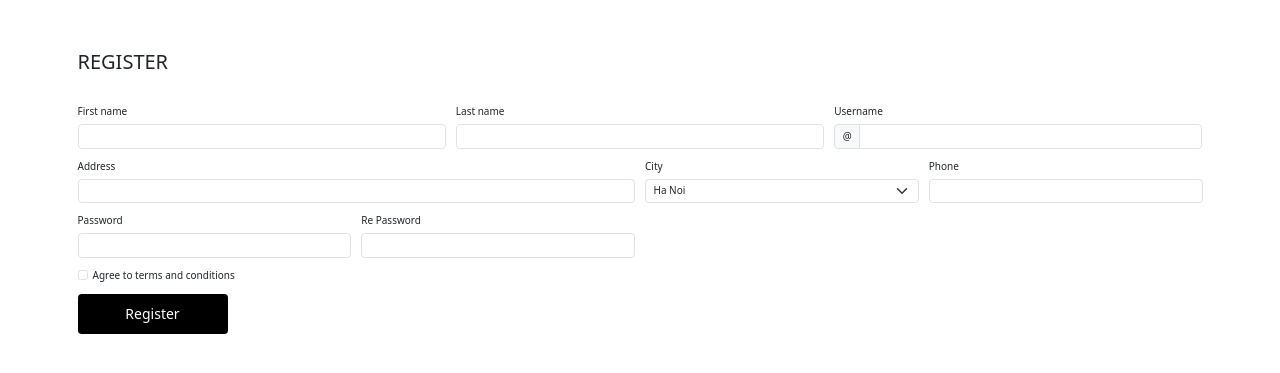
Repository: AnnPTit/ASM_Java04
Page: http://localhost/Asm/views/Register.jsp
The author's editor kept a copy of each file at every save. The page is drawn from the files as they stood at one save, then again after the next save.
The browser window is 1280 px wide. The pictures show the whole page.
Some web libraries are served in a nearby version. The page is served by Tomcat 9. Other server files are loaded and not shown.

Above is the page before, as saved 2023-03-19 02:51:05.

### Asm/src/main/webapp/views/Register.jsp
<%@ page language="java" contentType="text/html; charset=UTF-8"
	pageEncoding="UTF-8"%>
<!DOCTYPE html>
<html>
<head>
<meta charset="UTF-8">
<title>Register</title>
<link
	href="https://cdn.jsdelivr.net/npm/bootstrap@5.3.0-alpha1/dist/css/bootstrap.min.css"
	rel="stylesheet"
	integrity="sha384-GLhlTQ8iRABdZLl6O3oVMWSktQOp6b7In1Zl3/Jr59b6EGGoI1aFkw7cmDA6j6gD"
	crossorigin="anonymous">
<link rel="stylesheet"
	href="https://cdnjs.cloudflare.com/ajax/libs/font-awesome/6.3.0/css/all.min.css"
	integrity="sha512-SzlrxWUlpfuzQ+pcUCosxcglQRNAq/DZjVsC0lE40xsADsfeQoEypE+enwcOiGjk/bSuGGKHEyjSoQ1zVisanQ=="
	crossorigin="anonymous" referrerpolicy="no-referrer" />
<link rel="stylesheet" href="../assets/css/Login.css">
</head>
<body>
	<div class="container register__main">
		<h3 class="login__title">Register</h3>

		<form class="row g-3">
			<div class="col-md-4">
				<label for="validationServer01" class="form-label">First
					name</label>
				<!-- Them class isValid để check đúng  -->
				<input type="text" class="form-control" id="validationServer01"
					value="" required ng-model="inputUser.fristName" />
				<div class="valid-feedback">Looks good!</div>
			</div>
			<div class="col-md-4">
				<label for="validationServer02" class="form-label">Last name</label>
				<input type="text" class="form-control" id="validationServer02"
					value="" required ng-model="inputUser.lastName" />
				<div class="valid-feedback">Looks good!</div>
			</div>
			<div class="col-md-4">
				<label for="validationServerUsername" class="form-label">Username</label>
				<div class="input-group has-validation">
					<span class="input-group-text" id="inputGroupPrepend3">@</span>
					<!-- Thêm class is-valied để check sai -->
					<input type="email" class="form-control"
						id="validationServerUsername"
						aria-describedby="inputGroupPrepend3 validationServerUsernameFeedback"
						required ng-model="inputUser.email" />
					<div id="validationServerUsernameFeedback" class="invalid-feedback">
						Please choose a username.</div>
				</div>
			</div>
			<div class="col-md-6">
				<label for="validationServer03" class="form-label">Address</label>
				<!-- Thêm class is-valied để check sai -->
				<input type="text" class="form-control" id="validationServer03"
					aria-describedby="validationServer03Feedback" required
					ng-model="inputUser.address" />
				<div id="validationServer03Feedback" class="invalid-feedback">
					Please provide a valid address.</div>
			</div>
			<div class="col-md-3">
				<!-- Thêm class is-valied để check sai<label for="val -->
				<label for="" class="form-label">City</label> <select
					class="form-select" id="validationServer04"
					aria-describedby="validationServer04Feedback" required
					ng-model="inputUser.city">
					<option value="Ha Noi">Ha Noi</option>
					<option value="HCM">Ho Chi Minh City</option>
					<option value="Da Nang">Da Nang</option>
					<option value="Can Th">Can Tho</option>
					<option value="Hai Phong">Hai Phong</option>
					<option value="Hue">Hue</option>
				</select>
				<div id="validationServer04Feedback" class="invalid-feedback">
					Please select a valid city.</div>
			</div>
			<div class="col-md-3">
				<label for="validationServer05" class="form-label">Phone</label>
				<!-- Thêm class is-valied để check sai -->
				<input type="tel" class="form-control" id="validationServer05"
					aria-describedby="validationServer05Feedback" required
					ng-model="inputUser.phone" />
				<div id="validationServer05Feedback" class="invalid-feedback">
					Please provide a valid phone.</div>
			</div>
			<div class="col-md-3">
				<label for="validationServer06" class="form-label">Password</label>
				<!-- Thêm class is-valied để check sai -->
				<input type="password" class="form-control" id="validationServer06"
					aria-describedby="validationServer06Feedback" required
					ng-model="inputUser.password" />
				<div id="validationServer06Feedback" class="invalid-feedback">
					Please provide a valid password.</div>
			</div>
			<div class="col-md-3">
				<label for="validationServer06" class="form-label">Re
					Password</label>
				<!-- Thêm class is-valied để check sai -->
				<input type="password" class="form-control" id="validationServer06"
					aria-describedby="validationServer06Feedback" required
					ng-model="inputUser.repassword" />
				<div id="validationServer06Feedback" class="invalid-feedback">
					Please re a valid password.</div>
			</div>

			<div class="col-12">
				<!-- Thêm class is-valied để check sai-->

				<div class="form-check">
					<input class="form-check-input" type="checkbox" value=""
						id="invalidCheck2" required /> <label
						class="form-check-label" for="invalidCheck2"> Agree to
						terms and conditions </label>
				</div>
			</div>

			<div class="col-12">
				<button class="btn register__btn" type="submit"
					ng-click="Register()">Register</button>
			</div>
		</form>
	</div>

</body>
</html>

### Asm/src/main/webapp/assets/css/Login.css
@charset "UTF-8";

:root { -
	-primary-color: #1c1d1b; -
	-primary--font: "Kanit", sans-serif; -
	-white-color: #fff; -
	-balck--color: #000;
}

html {
	margin: 0;
	padding: 0;
	font-size: 62.5%;
}

.login__main {
	min-height: 550px;
}

.login__title {
	font-size: 2rem;
	margin-top: 30px;
	margin-bottom: 30px;
	text-transform: uppercase;
}

.login__input {
	display: flex;
	flex-direction: column;
}

.login__input input {
	border: none;
	outline: none;
	border-bottom: 1px solid #000;
	line-height: 2rem;
	padding: 10px 0;
	margin: 10px 0;
	font-size: 1.3rem;
}

.login__btn {
	background-color: var(- -primary-color);
	color: var(- -white-color);
	font-size: 1.4rem;
	text-transform: uppercase;
	padding: 5px 0;
	margin-top: 50px;
	margin-bottom: 50px;
	text-align: center;
	text-decoration: none;
}

.login__btn:hover {
	opacity: 0.8;
}

.forget__login {
	text-decoration: none;
	color: var(- -primary-color);
	font-size: 1.4rem;
	font-family: "Segoe UI", Tahoma, Geneva, Verdana, sans-serif;
}

.forget__login:hover {
	text-decoration: underline;
}

.register__btn--log {
	background-color: transparent;
	color: var(- -balck--color);
	border: 1px solid #000;
	text-align: center;
	text-decoration: none;
}
/* Register */
.register__main {
	margin: 50px auto;
}

.register__btn {
	width: 150px;
	height: 40px;
	background-color: #000;
	color: #fff;
	font-size: 1.4rem;
	text-align: center;
}

After the next save:
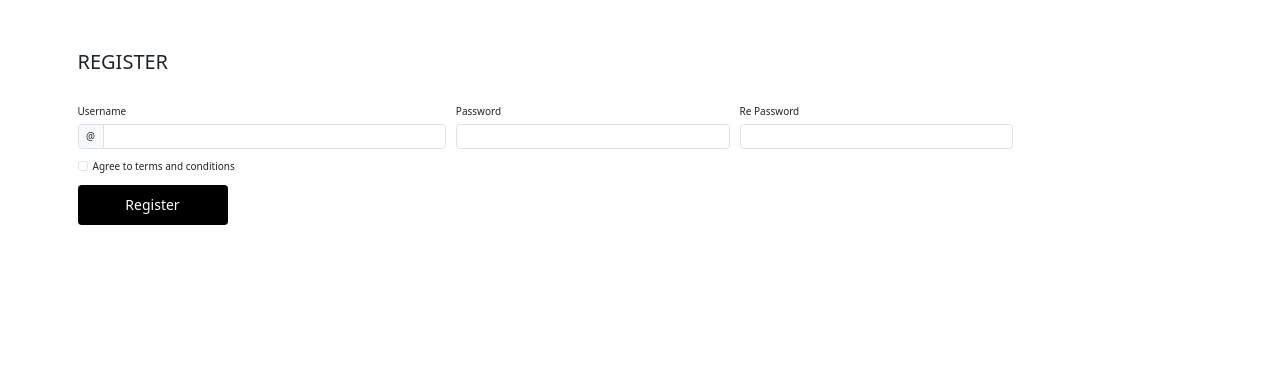
Saved 3 min 29 s later.
--- a/Asm/src/main/webapp/views/Register.jsp
+++ b/Asm/src/main/webapp/views/Register.jsp
@@ -21,20 +21,7 @@
 		<h3 class="login__title">Register</h3>
 
 		<form class="row g-3">
-			<div class="col-md-4">
-				<label for="validationServer01" class="form-label">First
-					name</label>
-				<!-- Them class isValid để check đúng  -->
-				<input type="text" class="form-control" id="validationServer01"
-					value="" required ng-model="inputUser.fristName" />
-				<div class="valid-feedback">Looks good!</div>
-			</div>
-			<div class="col-md-4">
-				<label for="validationServer02" class="form-label">Last name</label>
-				<input type="text" class="form-control" id="validationServer02"
-					value="" required ng-model="inputUser.lastName" />
-				<div class="valid-feedback">Looks good!</div>
-			</div>
+
 			<div class="col-md-4">
 				<label for="validationServerUsername" class="form-label">Username</label>
 				<div class="input-group has-validation">
@@ -48,40 +35,7 @@
 						Please choose a username.</div>
 				</div>
 			</div>
-			<div class="col-md-6">
-				<label for="validationServer03" class="form-label">Address</label>
-				<!-- Thêm class is-valied để check sai -->
-				<input type="text" class="form-control" id="validationServer03"
-					aria-describedby="validationServer03Feedback" required
-					ng-model="inputUser.address" />
-				<div id="validationServer03Feedback" class="invalid-feedback">
-					Please provide a valid address.</div>
-			</div>
-			<div class="col-md-3">
-				<!-- Thêm class is-valied để check sai<label for="val -->
-				<label for="" class="form-label">City</label> <select
-					class="form-select" id="validationServer04"
-					aria-describedby="validationServer04Feedback" required
-					ng-model="inputUser.city">
-					<option value="Ha Noi">Ha Noi</option>
-					<option value="HCM">Ho Chi Minh City</option>
-					<option value="Da Nang">Da Nang</option>
-					<option value="Can Th">Can Tho</option>
-					<option value="Hai Phong">Hai Phong</option>
-					<option value="Hue">Hue</option>
-				</select>
-				<div id="validationServer04Feedback" class="invalid-feedback">
-					Please select a valid city.</div>
-			</div>
-			<div class="col-md-3">
-				<label for="validationServer05" class="form-label">Phone</label>
-				<!-- Thêm class is-valied để check sai -->
-				<input type="tel" class="form-control" id="validationServer05"
-					aria-describedby="validationServer05Feedback" required
-					ng-model="inputUser.phone" />
-				<div id="validationServer05Feedback" class="invalid-feedback">
-					Please provide a valid phone.</div>
-			</div>
+
 			<div class="col-md-3">
 				<label for="validationServer06" class="form-label">Password</label>
 				<!-- Thêm class is-valied để check sai -->
@@ -107,9 +61,8 @@
 
 				<div class="form-check">
 					<input class="form-check-input" type="checkbox" value=""
-						id="invalidCheck2" required /> <label
-						class="form-check-label" for="invalidCheck2"> Agree to
-						terms and conditions </label>
+						id="invalidCheck2" required /> <label class="form-check-label"
+						for="invalidCheck2"> Agree to terms and conditions </label>
 				</div>
 			</div>
 
